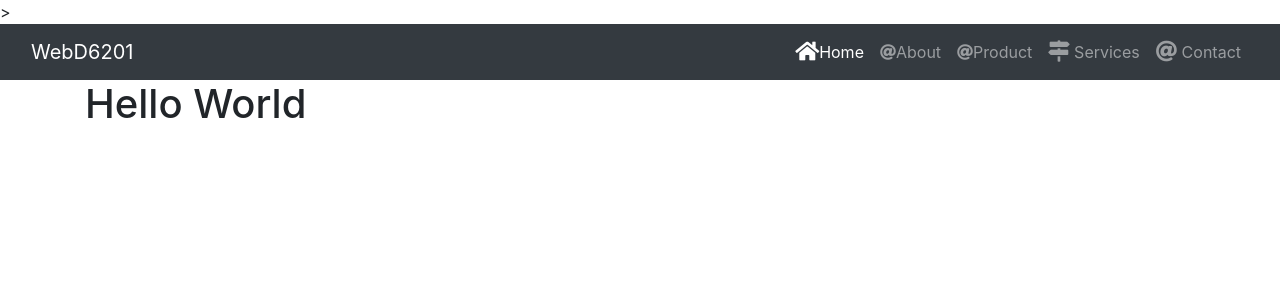
Repository: CKM206/WEBD6201-W2021-Week1
Page: index.html
These files come from the project's save history. The page is drawn as it stood at one moment and after the next save; the edit follows.
The browser window is 1280 px wide. The pictures show the whole page.

Above is the page before, as saved 2021-01-14 09:25:58.

### index.html
<!doctype html>
<html lang="en">
    <head>
        <meta charset="UTF-8">
        <meta name="viewport" content="width=device-width, initial-scale=1.0">
        <title>Hello World!</title>>
        <!-- CSS Section -->
        <!-- Inject Bootstrap first, always-->
        <link rel="stylesheet"
             href="./node_modules/bootstrap/dist/css/bootstrap.min.css">
        <!-- Now inject Icon Fonts using Font Awesome-->
        <link rel="stylesheet"
             href="./node_modules/@fortawesome/fontawesome-free/css/all.min.css">
        <!-- Now inject our custom css-->
        <link rel="stylesheet" href="./Content/app.css">
    </head>
    <body>
        <!-- Nav Bar Section -->
        <nav class="navbar navbar-expand-lg navbar-dark bg-dark">
            <div class="container-fluid">
              <a class="navbar-brand" href="#">WebD6201</a>
              <button class="navbar-toggler" type="button" data-bs-toggle="collapse" data-bs-target="#navbarSupportedContent" aria-controls="navbarSupportedContent" aria-expanded="false" aria-label="Toggle navigation">
                <span class="navbar-toggler-icon"></span>
              </button>
              <div class="collapse navbar-collapse" id="navbarSupportedContent">
                <ul class="navbar-nav ml-auto mb-2 mb-lg-0">
                  <li class="nav-item">
                    <a class="nav-link active" aria-current="page" href="#">
                        <i class="fas fa-home fa-lg"></i>Home</a>
                  </li>

                  <li class="nav-item">
                    <a class="nav-link" aria-current="page" href="#">
                        <i class="fas fa-at"></i>About</a>
                  </li>

                  <li class="nav-item">
                    <a class="nav-link" aria-current="page" href="#">
                        <i class="fas fa-at"></i>Product</a>
                  </li>

                  <li class="nav-item">
                    <a class="nav-link" aria-current="page" href="#">
                        <i class="fas fa-map-signs fa-lg"></i></i> Services</a>
                  </li>

                  <li class="nav-item">
                    <a class="nav-link" aria-current="page" href="#">
                        <i class="fas fa-at fa-lg"></i> Contact</a>
                  </li>

              </div>
            </div>
          </nav>


        <div class="container">
            <h1>Hello World</h1>
        </div>


        <!-- JavaScript Section-->
        <script src="./node_modules/jquery/dist/jquery.min.js"></script>
        <script src="./node_modules/bootstrap/dist/js/bootstrap.bundle.min.js"></script>
        <script src="./Scripts/app.js"></script>
    </body>
</html>

### Content/app.css
/* Custom Css Goes Here */

### Scripts/app.js
/* Custom Scripts Go Here */

// IIFE - Immediatley Invoked Function Expression
//AKA: Anonymous Self-Executing Function
(function()
{
    function Start()
    {
        console.log("App Started...");

        for (let index = 0; index < 5; index++) {
            console.log(index);

        }

    }

    window.addEventListener("load", Start);

    /*
    window.addEventListener("load", ())
        console.log("App Started...");
    */

})();

Loaded but not shown: node_modules/bootstrap/dist/css/bootstrap.min.css (library); node_modules/@fortawesome/fontawesome-free/css/all.min.css (library); node_modules/jquery/dist/jquery.min.js (library); node_modules/bootstrap/dist/js/bootstrap.bundle.min.js (library)

After the next save:
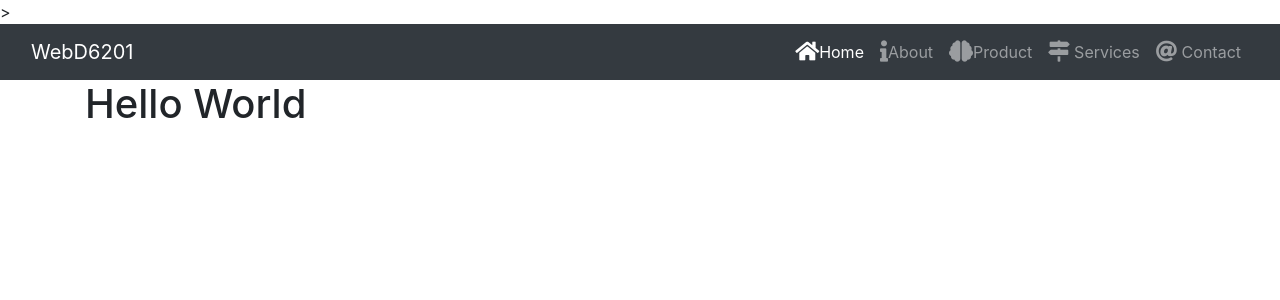
Saved 51 s later.
--- a/index.html
+++ b/index.html
@@ -31,12 +31,12 @@
 
                   <li class="nav-item">
                     <a class="nav-link" aria-current="page" href="#">
-                        <i class="fas fa-at"></i>About</a>
+                        <i class="fas fa-info fa-lg"></i>About</a>
                   </li>
 
                   <li class="nav-item">
                     <a class="nav-link" aria-current="page" href="#">
-                        <i class="fas fa-at"></i>Product</a>
+                        <i class="fas fa-brain fa-lg"></i>Product</a>
                   </li>
 
                   <li class="nav-item">
